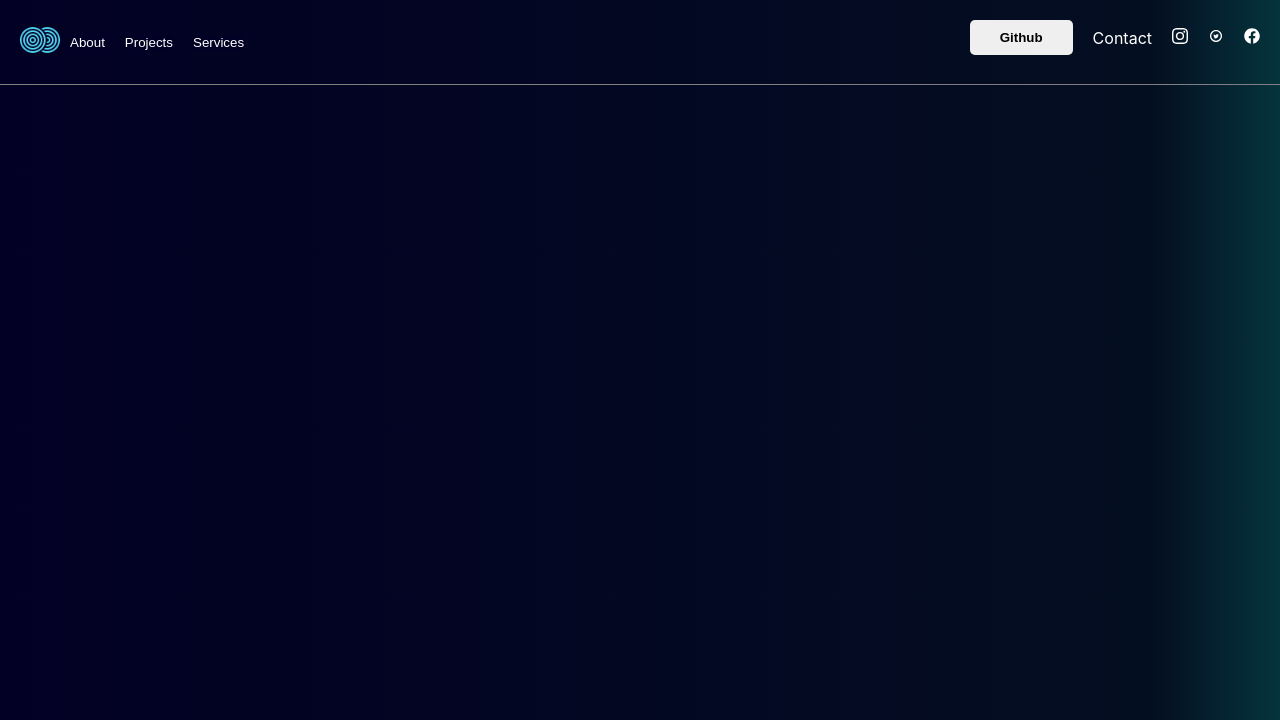
Repository: uh-sman/Portfolio
Page: /
An editor plug-in stored every save of this project. The page is shown before and after the next save, followed by the edit.
The browser window is 1280 px wide. The pictures show the whole page.
The project was rebuilt for these pictures with package versions that can differ from the ones it lists, and the page was loaded fresh each time. Also part of the build but not shown: src/components/about.css.

Above is the page before, as saved 2022-11-18 18:32:55.

After the next save:
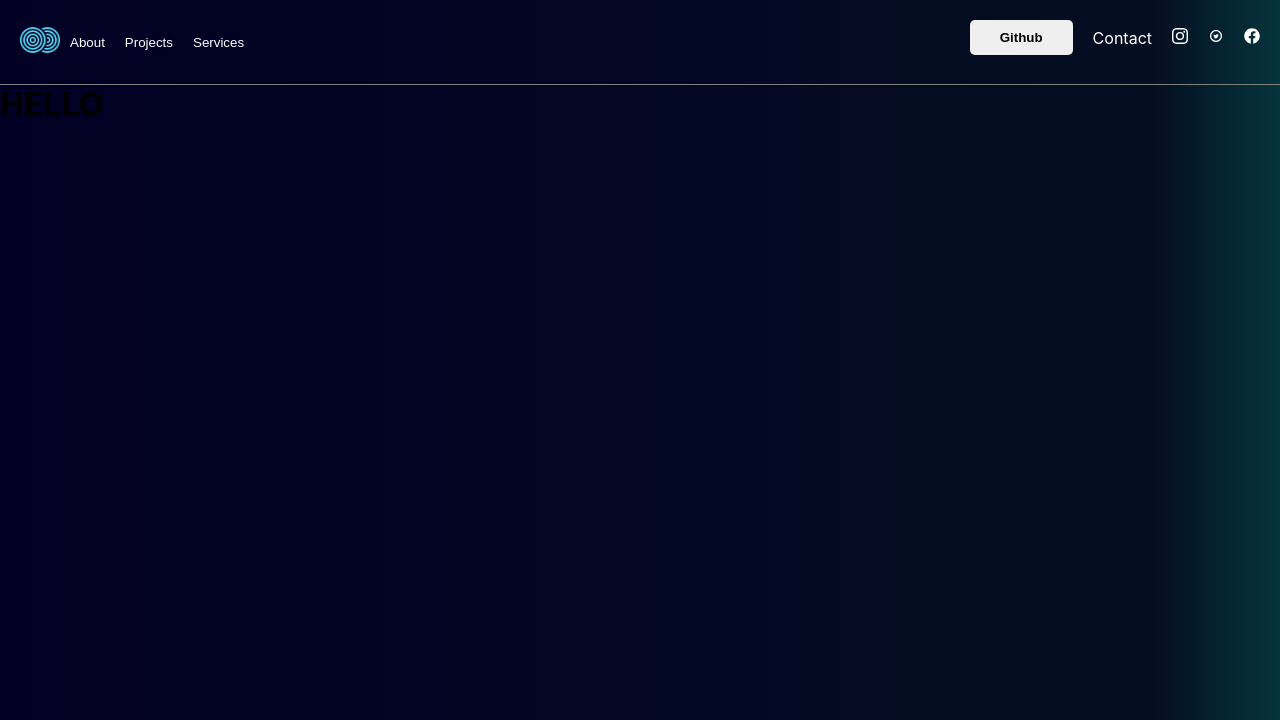
Saved 75 s later.
--- a/src/components/About.jsx
+++ b/src/components/About.jsx
@@ -1,7 +1,11 @@
 import React from "react";
 import "./about.css";
 const About = () => {
-  return <div></div>;
+  return (
+    <div>
+      <h1>HELLO</h1>
+    </div>
+  );
 };
 
 export default About;
